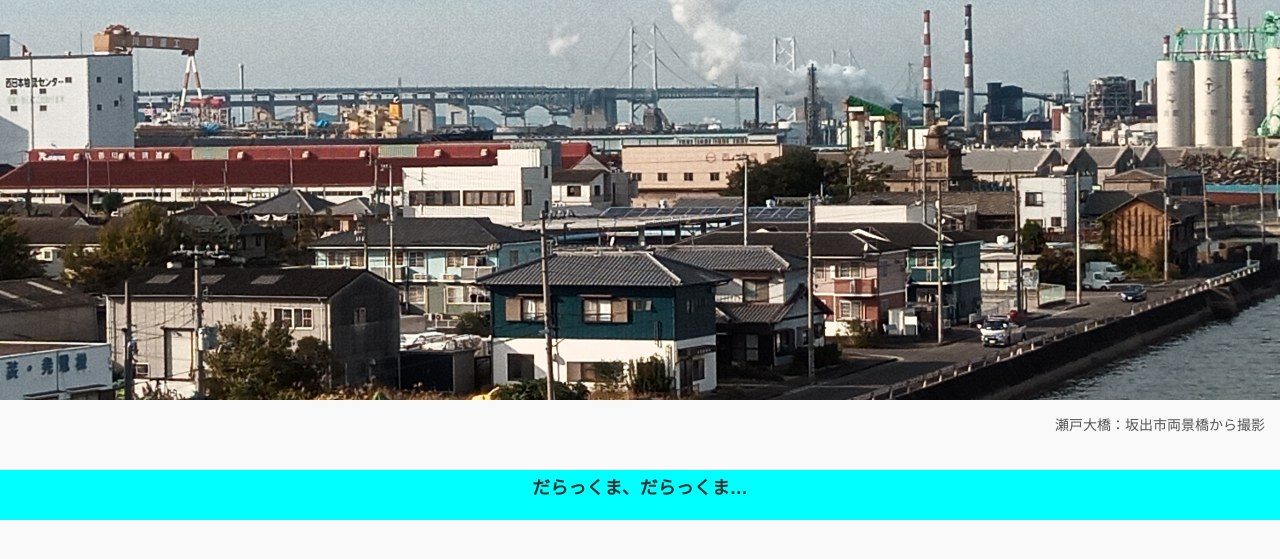
Repository: rydeen7907/html
Page: index.html
The author's editor kept a copy of each file at every save. The page is drawn from the files as they stood at one save, then again after a run of saves.
The browser window is 1280 px wide. The pictures show the whole page.

Above is the page before, as saved 2025-04-26 18:15:41.

### index.html
<!DOCTYPE html>
<html lang="ja">
<head>
    <meta charset="UTF-8">
    <meta name="viewport" content="width=device-width, initial-scale=1.0">
    <title>だらっくまのサイト</title>
    <!-- スタイルシートの読み込み -->
    <link rel="stylesheet" href="style.css">
    <style>
        /* 基本的なスタイル */
        body {
                font-family: Arial, sans-serif;
                margin: 0;
                padding: 0;
                background-color: #f9f9f9;
                text-align: center;
        }
        /* ヘッダー画像 */
        .header-image {
            width: 100%;
            max-width: auto;
            height: 400px; /* width に合わせて高さを自動調整 */
            display: block; /* 中央配置 */
            margin: 0 auto; /* 中央配置 */
            object-fit: cover; /* 画像の比率を維持 */
        }

        /* 画像の説明文 */
        .image-caption {
            text-align: right; /* 右配置 */
            font-size: 14px; /* フォントサイズ */
            padding-right: 15px; /* 右側の余白 */
            color: #555; /* 文字色 */
            margin-top: 5px; /* 上部のマージン */
            margin-bottom: 25px; /* 下部のマージン */
        }

        /* メイン h1 */
        h1 {
            text-align: center; /* 中央配置 */
            color: #333; /* 文字色 */
            margin: 20px 0; /* 上下のマージン */
            margin-top: 40px; /* 上部のマージン */
            margin-bottom: 20px; /* 下部のマージン */
            font-size: 28px; /* フォントサイズ */
            font-weight: bold; /* 太字 */
        }

        /* 段落 p */
        p {
            text-align: center; /* 中央配置 */
            color: #555; /* 文字色 */
            font-size: 16px; /* フォントサイズ */
            margin: 10px 0; /* 上下のマージン */
            line-height: 30px; /* 行間 */
        }

        /* リンク a */
        a {
            color: #007BFF; /* リンクの色 */
            text-decoration: none; /* 下線を消す */
            font-size: 16px; /* フォントサイズ */
            font-weight: bold; /* 太字 */
            margin-top: 15px; /* 上マージン */
            margin-bottom: 15px; /* 下マージン */
            display: block; /* ブロック要素にして中央配置 */
            text-align: center; /* 中央配置 */
            transition: color 0.3s; /* 色の変化を滑らかに */

        }
        a:hover,
        a:focus {
            color: #0056b3; /* ホバー時の色 */
            text-decoration: underline; /* ホバー時の下線 */
        }
    </style>
</head>
<body>
    <!-- ヘッダー画像の挿入 -->
    <img src="./image/ryokeibridge.jpg" alt="Header Image" class="header-image">
    <!-- 画像の説明文 -->
    <p class="image-caption">瀬戸大橋：坂出市両景橋から撮影</p>
    <!-- スクロールテキストコンテナ -->
    <h3 class="scrolling-text-container">
        <class="scrolling-text">だらっくま、だらっくま…</>

    <!-- brタグはcssのマージンで代用 -->
    <h1>だらっくま、だらっくま…</h1>
    <p>はじめてのHTML</p>
    <a href="test.html">test</a>
</body>
</html>

### style.css
/* 基本的なスタイル */
body {
    font-family: Arial, sans-serif;
    line-height: 2.0; /* 行間を読みやすく調整 (例：2.0倍 px,%,emでも可能) */
    margin: 0; /* ブラウザデフォルトのマージンをリセット */
    padding: 0; /* ブラウザデフォルトのパディングをリセット */
    background-color: #f4f4f4; /* 背景色を薄いグレーに設定 */
    color: #333; /* 文字色を濃いグレーに設定 */
    padding-bottom: 50px; /* ページ下部のパディングを追加 */
}

/* ヘッダーのスタイル */
.header-image {
    width: 100%;
    /* max-width: auto; は width: 100%; があれば不要 */
    height: 400px;
    display: block; /* 中央配置のためブロック要素に */
    margin: 0 auto; /* 上下のマージンは０、左右は自動で中央揃え */
    object-fit: cover; /* 画像のアスペクト比を維持、要素に合わせる */
}

/* 画像の説明文 */
.image-caption {
    text-align: right; /* 右寄せ */
    font-size: 14px; /* フォントサイズを小さく */
    padding: 5px 15px; /* 上下のパディングと左右のパディングを追加 */
    color: #555; /* 文字色を薄いグレーに */
    margin-top:\ 5px; /* 上部のマージンを追加 */
    margin-bottom: 25px; /* 下部のマージンを追加 */
}

/* メインコンテンツのスタイル */
.h1 {
    text-align: center; /* 中央配置 */
    color: #333; /* 文字色を濃いグレーに */
    margin: 20px 0; /* 上下のマージンを追加 */
    margin-top: 40px; /* 上部のマージンを追加 */
    margin-bottom: 20px; /* 下部のマージンを追加 */
    font-size: 28px; /* フォントサイズ */
    font-weight: bold; /* 太字に設定 */
}

/* スクロールテキストコンテナ */
.scrolling-text-container {
    width: 100%; /* 幅を100%に設定 */
    height: 50px; /* 高さを50pxに設定 */
    overflow: hidden; /* はみ出た部分を隠す */
    white-space: nowrap; /* 文字を折り返さない */
    box-sizing: border-box; /* パディングとボーダーを含めたサイズ計算 */
    position: relative; /* 相対位置に設定 */
    background-color: aqua; /* 背景色をアクアに設定 */
    margin-top: 20px; /* 上部のマージンを追加 */
    margin-bottom: 20px; /* 下部のマージンを追加 */
    text-align: center; /* 中央配置 */
    font-size: 18px; /* フォントサイズ */
    font-weight: bold; /* 太字に設定 */
    color: #333; /* 文字色を濃いグレーに */
}

/* スクロールテキスト */
.scrolling-text {
    display: inline-block; /* インラインブロック要素に設定 */
    padding-left: 100%; /* 左側にパディングを追加 */
    position: absolute; /* 絶対位置に設定 */
    width: 100%; /* 幅を100%に設定 */
    height: 50px; /* 高さを50pxに設定 */
    top: 0; /* 上端に配置 */
    left: 0; /* 左端に配置 */
    animation: scroll-text-animation 10s linear infinite; /* アニメーションを適用 */
    font-size: 18px; /* フォントサイズ */
    font-weight: bold; /* 太字に設定 */
    margin: 0; /* コンテナ内でのマージンを削除 */
}

/* スクロールアニメーションの定義 */
@keyframes scroll-left {
    0% {
        transform: translateX(0); /* 開始位置 */
    }
    100% {
        /* テキスト自身の幅だけ左に移動させる */
        transform: translateX(-100%);
    }
}


/* 段落 p */
p {
    text-align: center; /* 中央配置 */
    margin-top: 25px; /* 上下のマージンを追加 */
    margin-bottom: 25px;
    font-size: 16px; /* フォントサイズ */
}

/* リンク a */
a {
    text-decoration: none; /* 下線を削除 */
    color: #ff0000; /* 文字色を赤に */
    display: block;
    text-align: center; /* 左寄せ */
    margin-top: 10px; /* 上部のマージンを追加 */
    margin-bottom: 10px; /* 下部のマージンを追加 */
    font-size: 16px; /* フォントサイズ */
    font-weight: bold; /* 太字に設定 */
    transition: color 0.3s; /* ホバー時の色変更にトランジションを追加 */
}

/* ホバー時のスタイル */
a:hover,
a:focus { /* ホバーとフォーカス時に適用するスタイル */
    text-decoration: underline; /* 下線を追加 */
    color: #ff8000; /* ホバー時の文字色をオレンジに変更 */
}

After the next 3 saves:
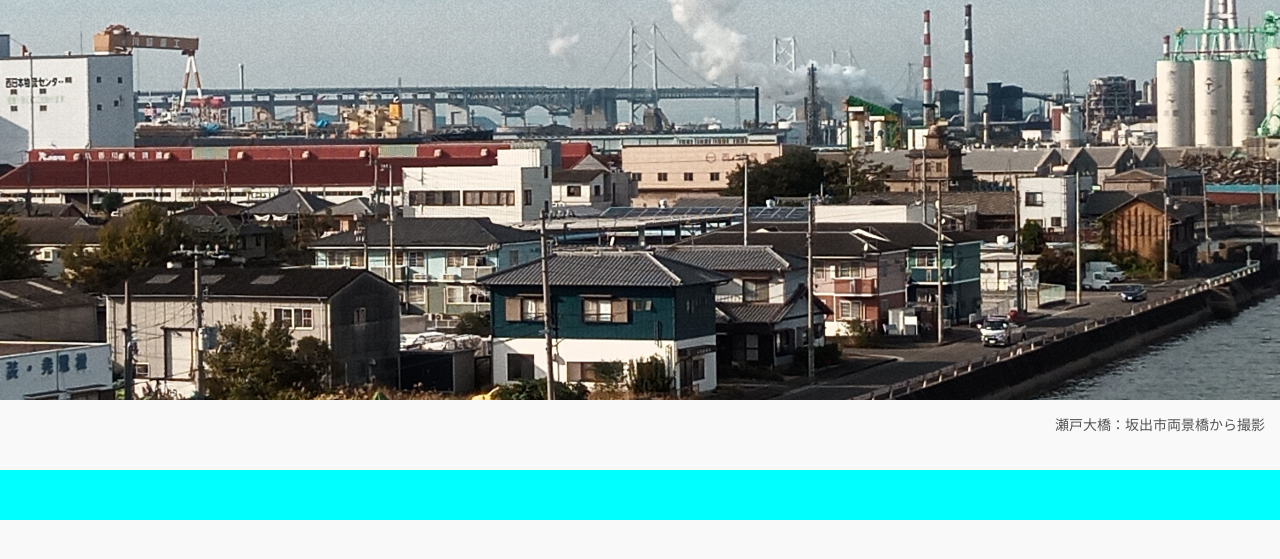
The 3 saves are shown as one change because they came seconds apart.
The last was saved 14 s later.
--- a/index.html
+++ b/index.html
@@ -81,8 +81,8 @@
     <!-- 画像の説明文 -->
     <p class="image-caption">瀬戸大橋：坂出市両景橋から撮影</p>
     <!-- スクロールテキストコンテナ -->
-    <h3 class="scrolling-text-container">
-        <class="scrolling-text">だらっくま、だらっくま…</>
+    <div class="scrolling-text-container">
+        <h3 class="scrolling-text">だらっくま、だらっくま…</>
 
     <!-- brタグはcssのマージンで代用 -->
     <h1>だらっくま、だらっくま…</h1>
